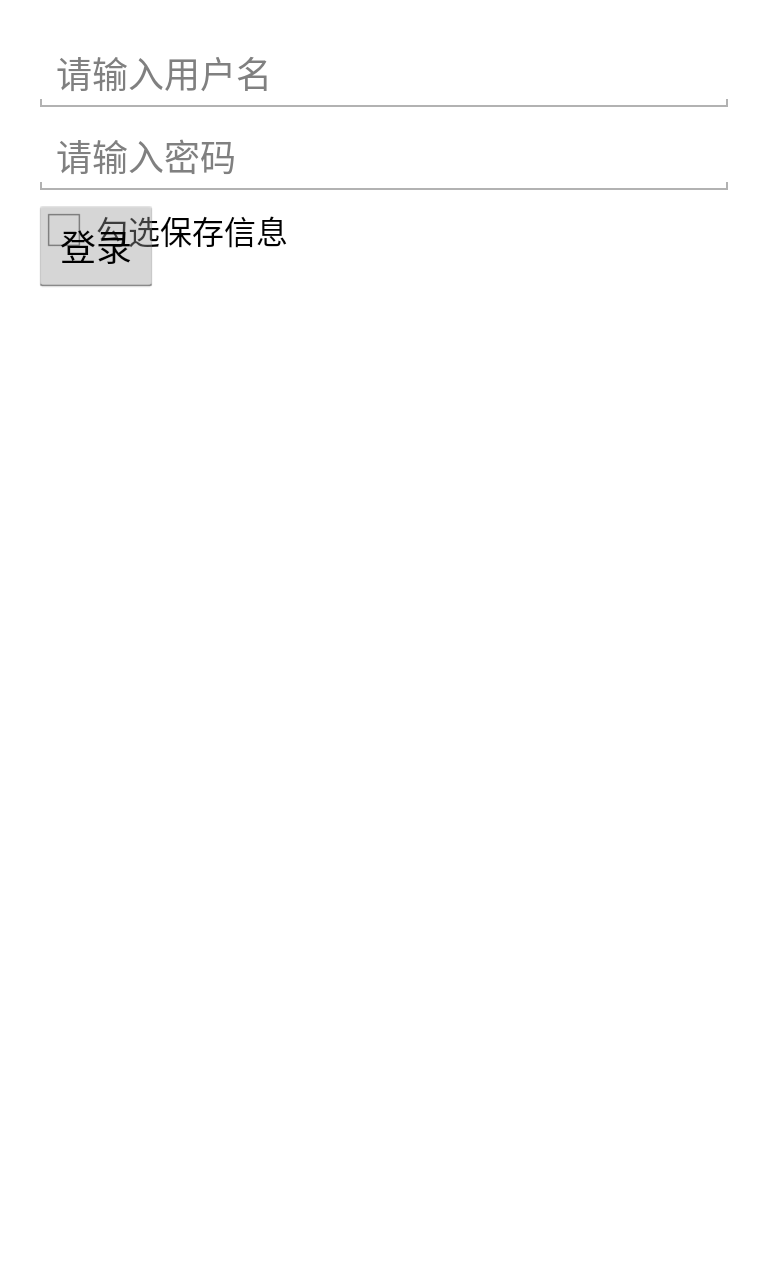
Repository: howu911/AndroidPracticeCode
Layout: day_03/code/day03_03_loadCase/res/layout/activity_main.xml
The author's editor kept a copy of each file at every save. The layout is drawn from the files as they stood at one save, then again after the next save.
It is drawn on a 768 x 1280 px phone screen (xhdpi) without system bars, with theme AppTheme; the app's code is not run.

Above is the layout before, as saved 2020-04-08 08:39:22.

### day_03/code/day03_03_loadCase/res/layout/activity_main.xml
<RelativeLayout xmlns:android="http://schemas.android.com/apk/res/android"
    xmlns:tools="http://schemas.android.com/tools"
    android:layout_width="match_parent"
    android:layout_height="match_parent"
    android:paddingBottom="@dimen/activity_vertical_margin"
    android:paddingLeft="@dimen/activity_horizontal_margin"
    android:paddingRight="@dimen/activity_horizontal_margin"
    android:paddingTop="@dimen/activity_vertical_margin"
    tools:context="com.example.day03_03_loadcase.MainActivity" >

    <EditText
        android:id="@+id/et_username"
        android:layout_width="match_parent"
        android:layout_height="wrap_content"
        android:hint="请输入用户名"/>
    <EditText
        android:id="@+id/et_password"
        android:layout_below="@id/et_username"
        android:layout_width="match_parent"
        android:layout_height="wrap_content"
        android:inputType="textPassword"
        android:hint="请输入密码"/>
    <CheckBox
        android:id="@+id/cb_isSave"
        android:layout_width="wrap_content"
        android:layout_height="wrap_content"
        android:layout_below="@id/et_password"
        android:text="勾选保存信息"/>
    <Button
        android:id="@+id/bt_btn_login"
        android:layout_width="wrap_content"
        android:layout_height="wrap_content"
        android:layout_below="@id/et_password"
        android:layout_alignRight="true"
        android:text="登录"/>

</RelativeLayout>

Loaded but not shown: day_03/code/day03_03_loadCase/res/values/styles.xml (common file); day_03/code/day03_03_loadCase/res/values-v11/styles.xml (common file); day_03/code/day03_03_loadCase/res/values-v14/styles.xml (common file); day_03/code/day03_03_loadCase/res/values/dimens.xml (common file); day_03/code/day03_03_loadCase/res/values-w820dp/dimens.xml (common file)

After the next save:
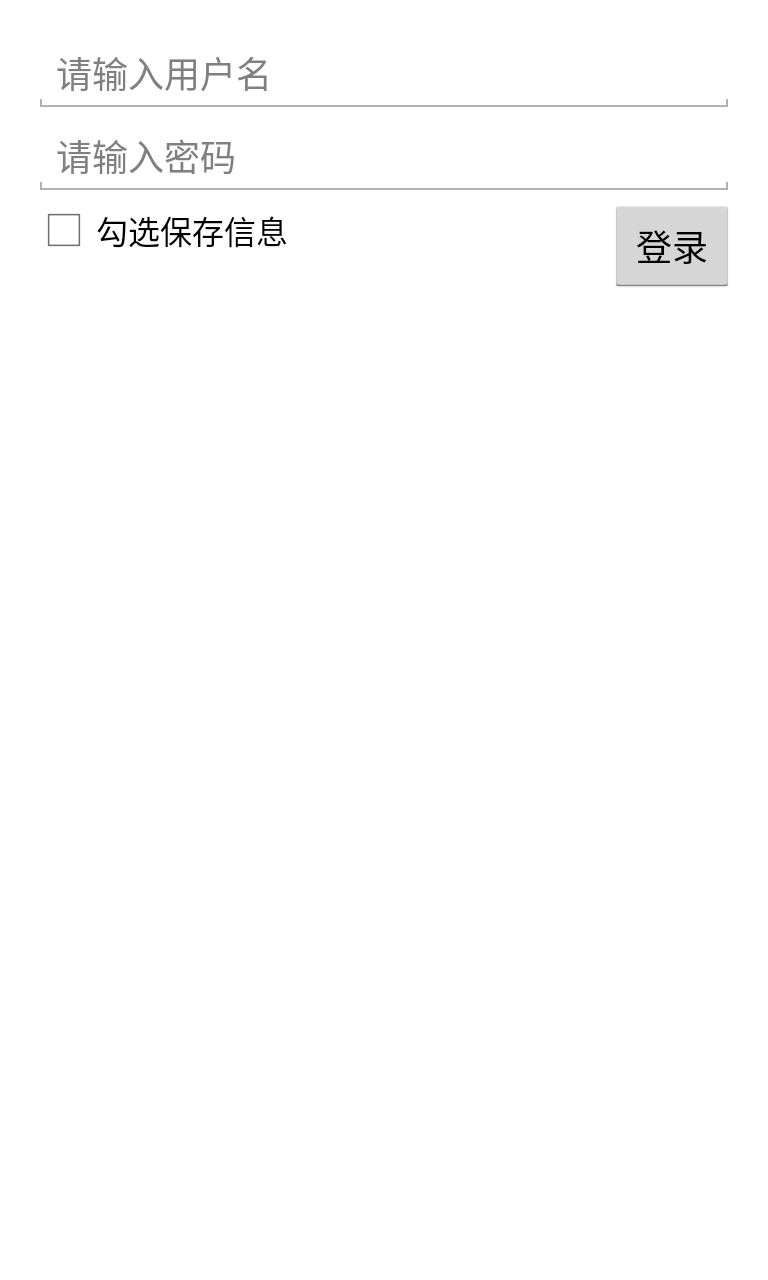
Saved 66 s later.
--- a/day_03/code/day03_03_loadCase/res/layout/activity_main.xml
+++ b/day_03/code/day03_03_loadCase/res/layout/activity_main.xml
@@ -31,7 +31,7 @@
         android:layout_width="wrap_content"
         android:layout_height="wrap_content"
         android:layout_below="@id/et_password"
-        android:layout_alignRight="true"
+        android:layout_alignParentRight="true"
         android:text="登录"/>
 
 </RelativeLayout>
